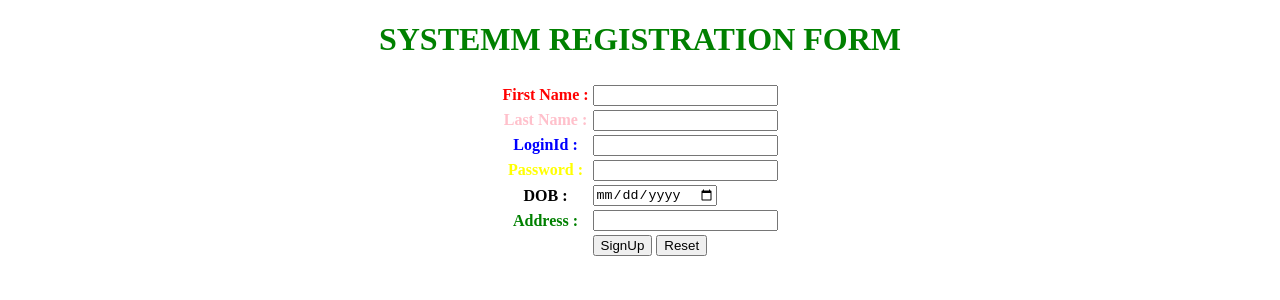
Repository: Jatdevta/AdvanceJava
Page: http://localhost/DynamicProject/UserRegistration.jsp
An editor plug-in stored every save of this project. The page is shown before and after the next save, followed by the edit.
The browser window is 1280 px wide. The pictures show the whole page.
The page is served by Tomcat 9.

Above is the page before, as saved 2023-08-18 07:13:11.

After the next save:
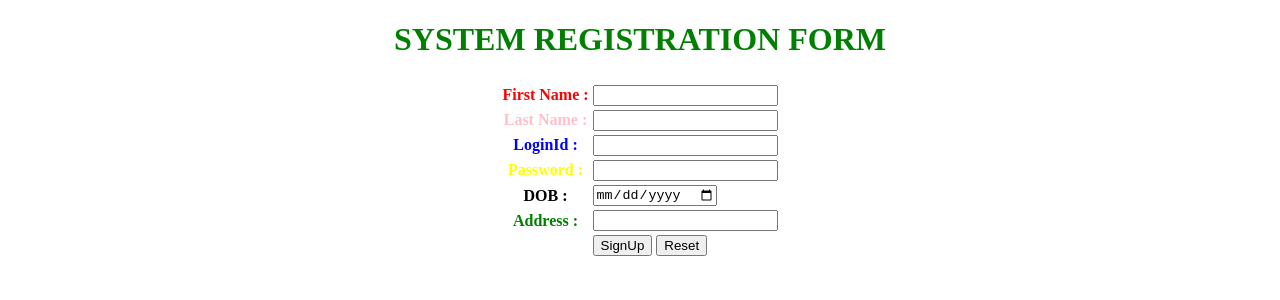
Saved 79 s later.
--- a/Advancejava/DynamicProject/WebContent/UserRegistration.jsp
+++ b/Advancejava/DynamicProject/WebContent/UserRegistration.jsp
@@ -26,7 +26,7 @@
 			</tr>
 			<tr>
 			<h1>
-			<font color="green">SYSTEMM REGISTRATION FORM</font>
+			<font color="green">SYSTEM REGISTRATION FORM</font>
 			</h1>
 
 				<th style=color:red;> First Name :</th>
